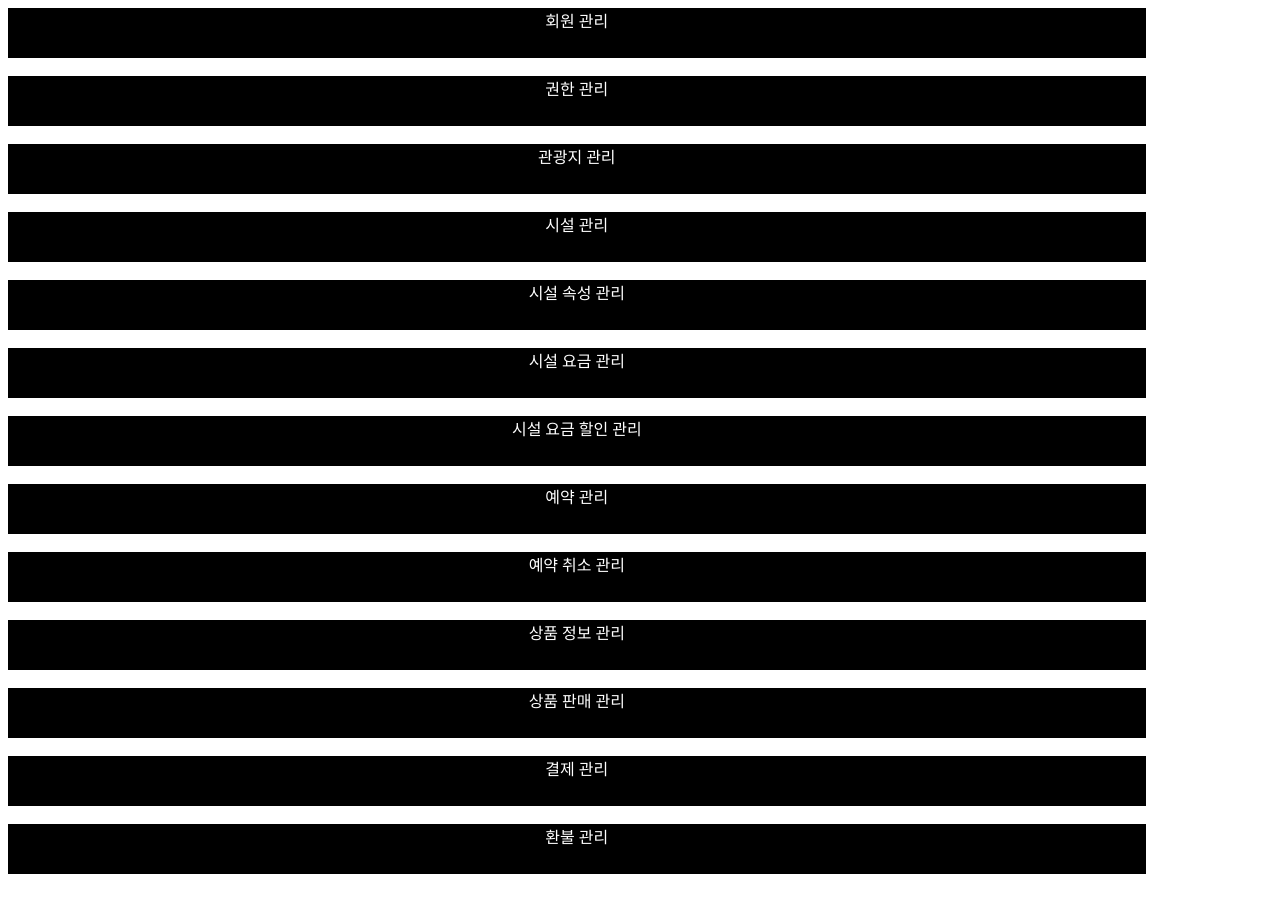
Repository: psyoongsc/SogongDo_Facility
Page: http://localhost/SogongDo_Management_System/
An editor plug-in stored every save of this project. The page is shown before and after the next save, followed by the edit.
The browser window is 1280 px wide. The pictures show the whole page.
The page is served by Tomcat 9. Nobody is signed in. The application's start-up code is not run. Other server files are loaded and not shown.

Above is the page before, as saved 2020-06-25 14:34:45.

### SogongDo_Management_System/WebContent/index.jsp
<%@ page language="java" contentType="text/html; charset=UTF-8"
    pageEncoding="UTF-8"%>
<!DOCTYPE html>
<html>
<head>
<meta charset="EUC-KR">
<title>소공도 관리시스템</title>
<style>
a {
	text-decoration: none;
	text-align: center;
	background-color: black;
	width: 90%;
	height: 50px;
	font-size: medium;
	display: block;
}

a:link {
	color: white;
}
a:visited {
	color: white;
}

.container {
	text-align: center;
}
</style>
</head>
<body>
	<div class="container">
		<a href="Member/view">회원 관리</a> <br>
		<a href="Authority/view">권한 관리</a> <br>
		<a href="TouristSite/view">관광지 관리</a> <br>
		<a href="Facility/view">시설 관리</a> <br>
		<a href="Facility/Attribute/view">시설 속성 관리</a> <br>
		<a href="Facility/Charge/view">시설 요금 관리</a> <br>
		<a href="Facility/Charge/discount/view">시설 요금 할인 관리</a> <br>
		<a href="Reservation/view">예약 관리</a> <br>
		<a href="Reservation/Cancel/view">예약 취소 관리</a> <br>
		<a href="Product/view">상품 정보 관리</a> <br>
		<a href="Product/Sell/view">상품 판매 관리</a> <br>
		<a href="Payment/view">결제 관리</a> <br>
		<a href="Refund/view">환불 관리</a> <br>
	</div>
</body>
</html>

After the next save:
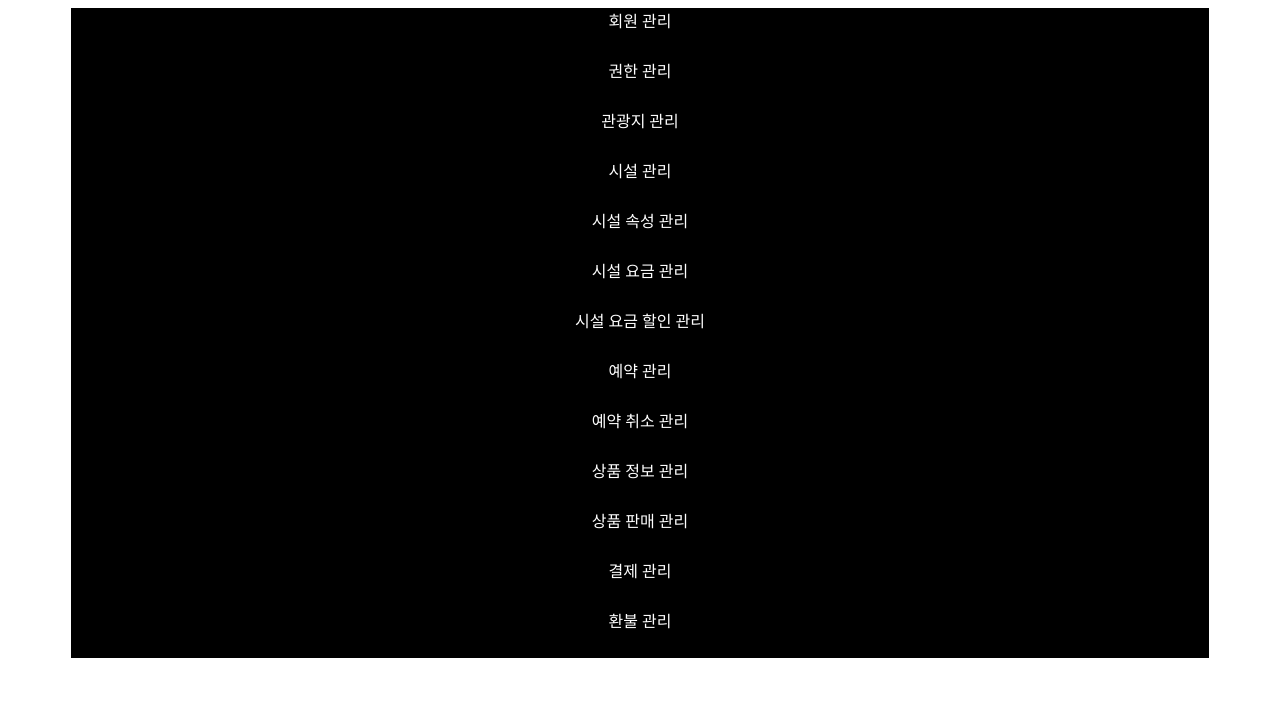
Saved 26 s later.
--- a/SogongDo_Management_System/WebContent/index.jsp
+++ b/SogongDo_Management_System/WebContent/index.jsp
@@ -13,7 +13,7 @@ a {
 	width: 90%;
 	height: 50px;
 	font-size: medium;
-	display: block;
+	display: inline-block;
 }
 
 a:link {
